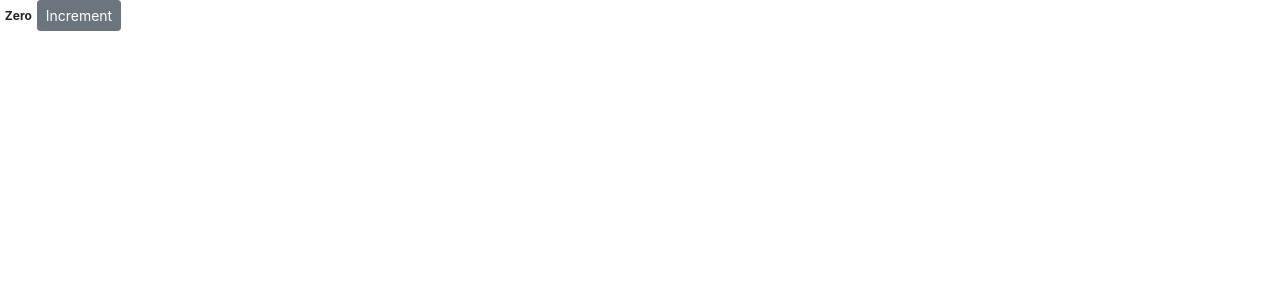
Repository: smk87/First-React-App
Page: /
The author's editor kept a copy of each file at every save. The page is drawn from the files as they stood at one save, then again after the next save.
The browser window is 1280 px wide. The pictures show the whole page.
The project was rebuilt for these pictures with package versions that can differ from the ones it lists, and the page was loaded fresh each time. Also part of the build but not shown: src/App.css, src/App.js.

Above is the page before, as saved 2019-01-04 20:59:56.

### public/index.html
<!DOCTYPE html>
<html lang="en">
  <head>
    <meta charset="utf-8" />
    <link rel="shortcut icon" href="%PUBLIC_URL%/favicon.ico" />
    <meta
      name="viewport"
      content="width=device-width, initial-scale=1, shrink-to-fit=no"
    />
    <meta name="theme-color" content="#000000" />
    <!--
      manifest.json provides metadata used when your web app is added to the
      homescreen on Android. See https://developers.google.com/web/fundamentals/web-app-manifest/
    -->
    <link rel="manifest" href="%PUBLIC_URL%/manifest.json" />
    <!--
      Notice the use of %PUBLIC_URL% in the tags above.
      It will be replaced with the URL of the `public` folder during the build.
      Only files inside the `public` folder can be referenced from the HTML.

      Unlike "/favicon.ico" or "favicon.ico", "%PUBLIC_URL%/favicon.ico" will
      work correctly both with client-side routing and a non-root public URL.
      Learn how to configure a non-root public URL by running `npm run build`.
    -->
    <title>Cart by React</title>
  </head>
  <body>
    <noscript>You need to enable JavaScript to run this app.</noscript>
    <div id="root"></div>
    <!--
      This HTML file is a template.
      If you open it directly in the browser, you will see an empty page.

      You can add webfonts, meta tags, or analytics to this file.
      The build step will place the bundled scripts into the <body> tag.

      To begin the development, run `npm start` or `yarn start`.
      To create a production bundle, use `npm run build` or `yarn build`.
    -->
  </body>
</html>

### src/index.js
import React from "react";
import ReactDOM from "react-dom";
import "./index.css";
import App from "./App";
import * as serviceWorker from "./serviceWorker";
import "bootstrap/dist/css/bootstrap.css";
import Counter from "./components/counter";

ReactDOM.render(<Counter />, document.getElementById("root"));

// If you want your app to work offline and load faster, you can change
// unregister() to register() below. Note this comes with some pitfalls.
// Learn more about service workers: http://bit.ly/CRA-PWA
serviceWorker.unregister();

### src/components/counter.jsx
import React, { Component } from "react";

class Counter extends Component {
  state = {
    count: 0
  };
  styles = {};
  render() {
    let classes = "badge m-2";
    classes += this.state.count === 0 ? "warning" : "primary";
    return (
      <div>
        <span className={classes}>{this.formatCount()}</span>
        <button className="btn btn-secondary btn-sm">Increment</button>
      </div>
    );
  }

  formatCount() {
    const { count } = this.state;
    return count === 0 ? "Zero" : count;
  }
}

export default Counter;

Loaded but not shown: src/index.css (common file); src/serviceWorker.js (common file)

After the next save:
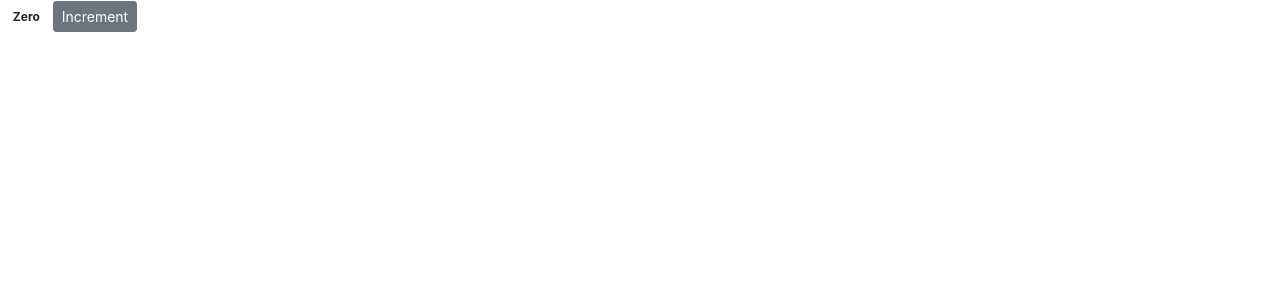
Saved 12 s later.
--- a/src/components/counter.jsx
+++ b/src/components/counter.jsx
@@ -6,7 +6,7 @@ class Counter extends Component {
   };
   styles = {};
   render() {
-    let classes = "badge m-2";
+    let classes = "badge m-2 badge";
     classes += this.state.count === 0 ? "warning" : "primary";
     return (
       <div>
